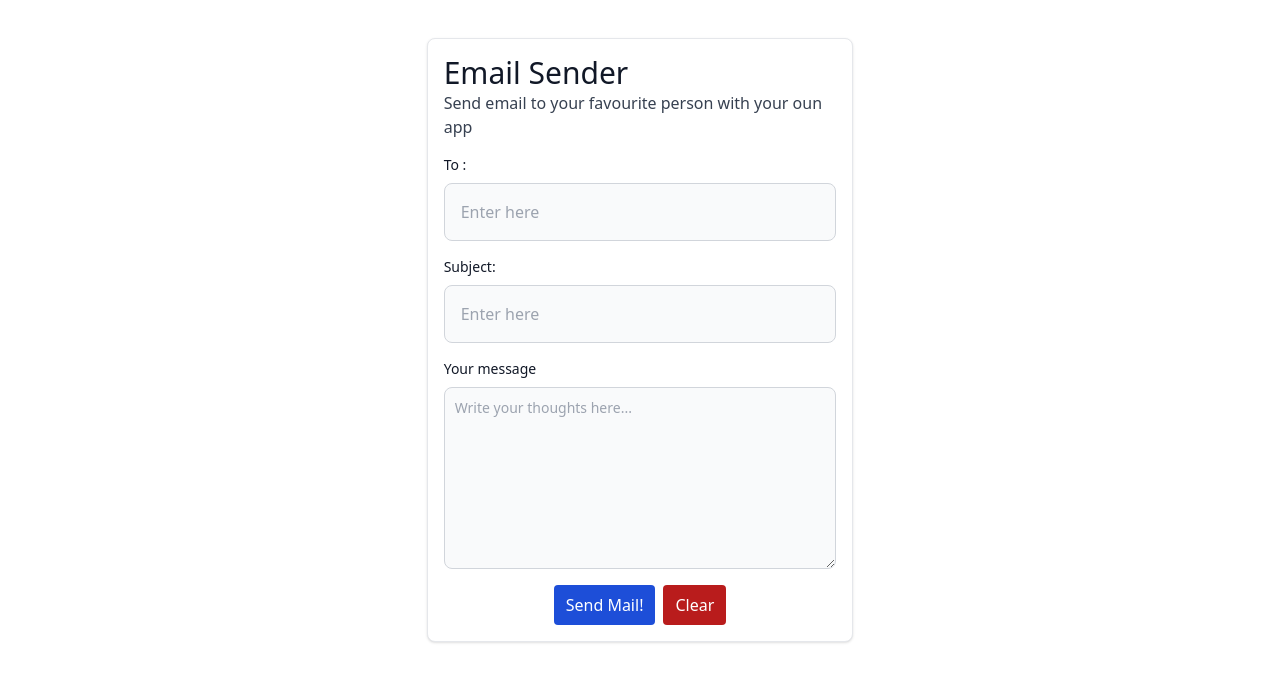
Repository: vikas-1234/EmailReactProject
Page: / (app in email-sender/)
The author's editor kept a copy of each file at every save. The page is drawn from the files as they stood at one save, then again after the next save.
The browser window is 1280 px wide. The pictures show the whole page.
The project was rebuilt for these pictures with package versions that can differ from the ones it lists, and the page was loaded fresh each time. Also part of the build but not shown: email-sender/vite.config.js, email-sender/src/App.css.

Above is the page before, as saved 2024-04-21 11:53:39.

After the next save:
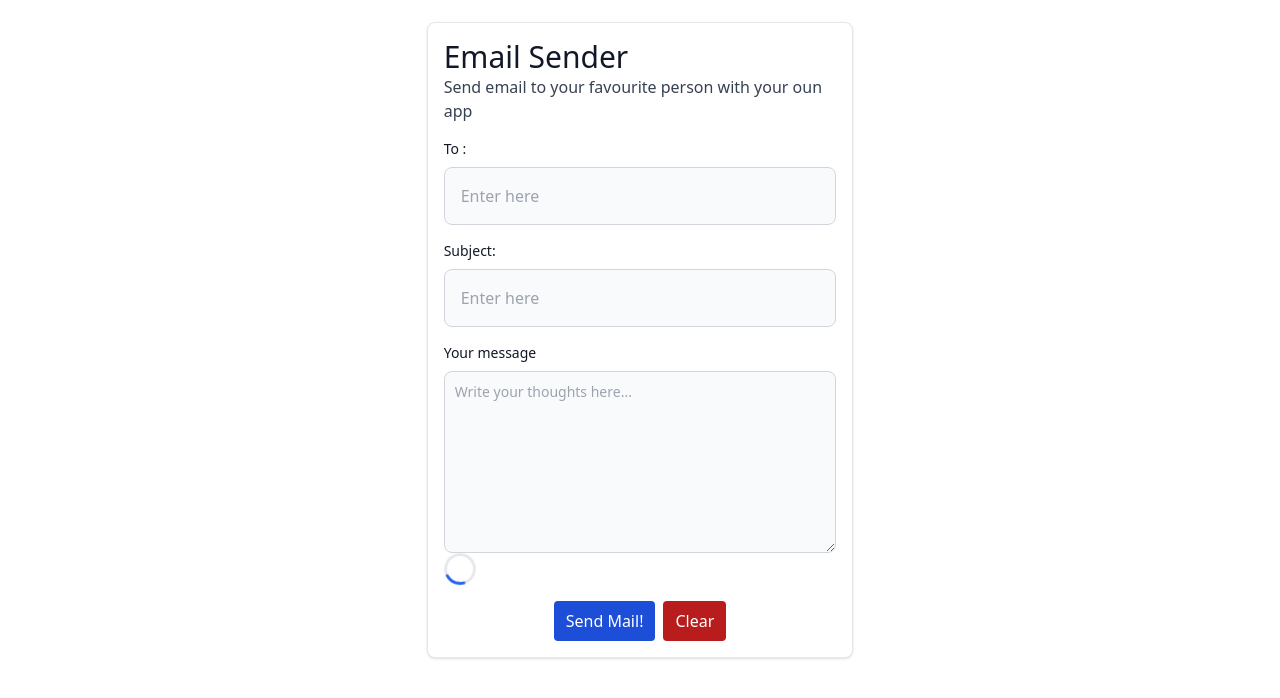
Saved 4 min 23 s later.
--- a/email-sender/src/components/EmailSender.jsx
+++ b/email-sender/src/components/EmailSender.jsx
@@ -111,6 +111,16 @@ function EmailSender() {
             ></textarea>
           </div>
 
+          <div>
+          <div role="status">
+    <svg aria-hidden="true" class="w-8 h-8 text-gray-200 animate-spin dark:text-gray-600 fill-blue-600" viewBox="0 0 100 101" fill="none" xmlns="http://www.w3.org/2000/svg">
+        <path d="M100 50.5908C100 78.2051 77.6142 100.591 50 100.591C22.3858 100.591 0 78.2051 0 50.5908C0 22.9766 22.3858 0.59082 50 0.59082C77.6142 0.59082 100 22.9766 100 50.5908ZM9.08144 50.5908C9.08144 73.1895 27.4013 91.5094 50 91.5094C72.5987 91.5094 90.9186 73.1895 90.9186 50.5908C90.9186 27.9921 72.5987 9.67226 50 9.67226C27.4013 9.67226 9.08144 27.9921 9.08144 50.5908Z" fill="currentColor"/>
+        <path d="M93.9676 39.0409C96.393 38.4038 97.8624 35.9116 97.0079 33.5539C95.2932 28.8227 92.871 24.3692 89.8167 20.348C85.8452 15.1192 80.8826 10.7238 75.2124 7.41289C69.5422 4.10194 63.2754 1.94025 56.7698 1.05124C51.7666 0.367541 46.6976 0.446843 41.7345 1.27873C39.2613 1.69328 37.813 4.19778 38.4501 6.62326C39.0873 9.04874 41.5694 10.4717 44.0505 10.1071C47.8511 9.54855 51.7191 9.52689 55.5402 10.0491C60.8642 10.7766 65.9928 12.5457 70.6331 15.2552C75.2735 17.9648 79.3347 21.5619 82.5849 25.841C84.9175 28.9121 86.7997 32.2913 88.1811 35.8758C89.083 38.2158 91.5421 39.6781 93.9676 39.0409Z" fill="currentFill"/>
+    </svg>
+    <span class="sr-only">Loading...</span>
+</div>
+          </div>
+
           <div className="button_container mt-4 flex justify-center gap-2">
             <button  type="submit"className="hover:bg-blue-900 text-white bg-blue-700 px-3 py-2 rounded">
               Send Mail!
